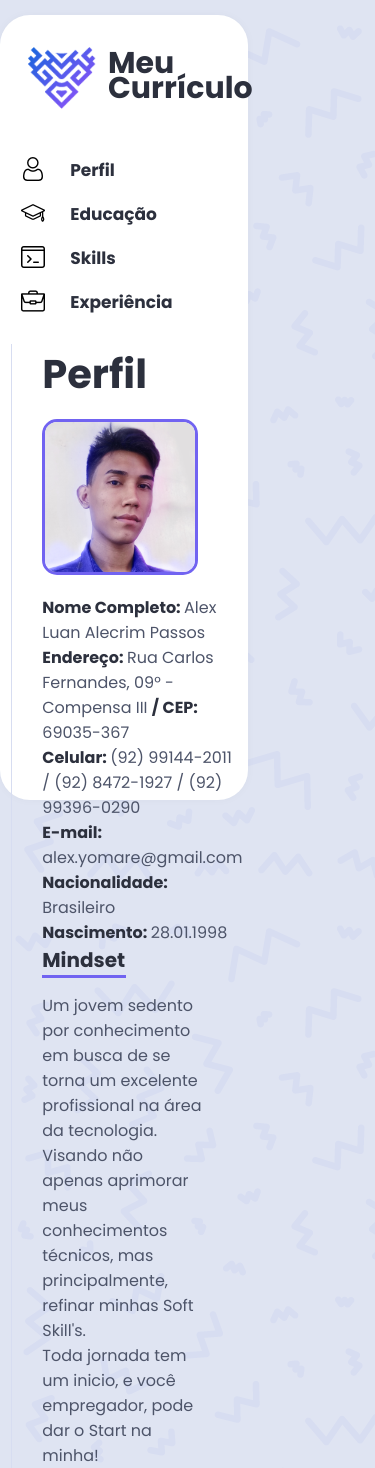
Repository: 4lex-passos/MeuPrimeiroSite
Page: index.html
The author's editor kept a copy of each file at every save. The page is drawn from the files as they stood at one save, then again after the next save.
The browser window is 375 px wide. The pictures show the whole page.

Above is the page before, as saved 2020-10-02 16:46:45.

After the next save:
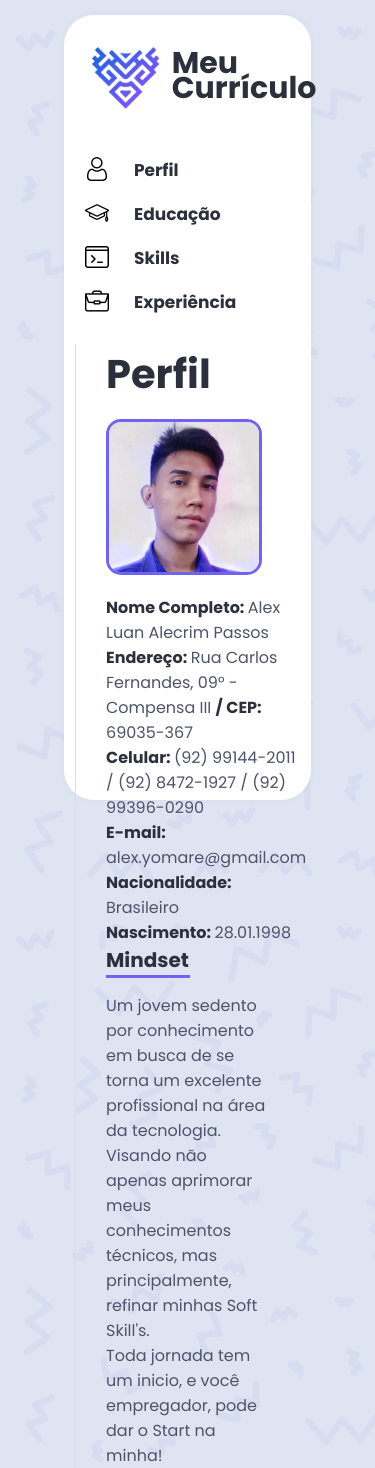
Saved 10 s later.
--- a/css/style.css
+++ b/css/style.css
@@ -314,6 +314,7 @@ div.en-superior h5{
 @media (max-width: 600px) {
   .conteiner{
     display: flex;
+    justify-content: center;
   }
   .box{
     display:flex;
